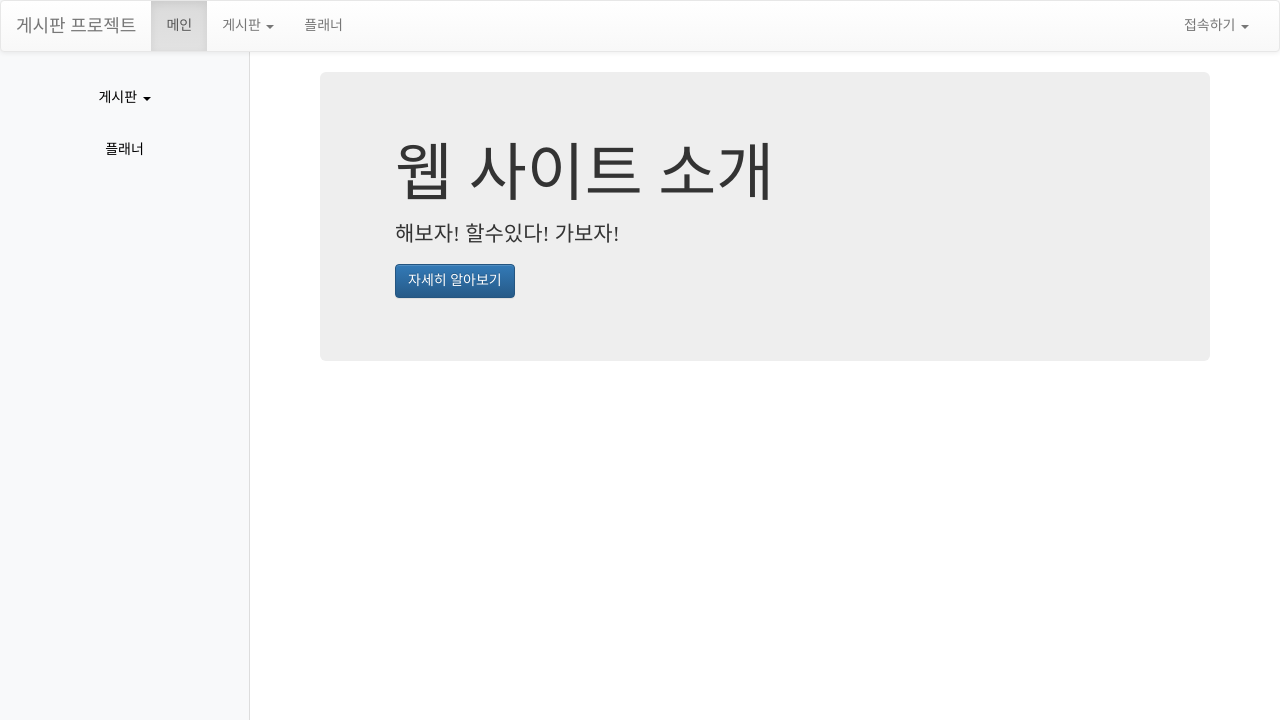
Repository: Seok7975/Project_PlannerSharingBoard
Page: http://localhost/ToDoList공유_게시판_ver3/main.jsp
These files come from the project's save history. The page is drawn as it stood at one moment and after the next save; the edit follows.
The browser window is 1280 px wide. The pictures show the whole page.
Some web fonts or font styles are not loaded; a fallback is used. Some web libraries are served in a nearby version. The page is served by Tomcat 9.

Above is the page before, as saved 2024-07-05 01:27:37.

After the next save:
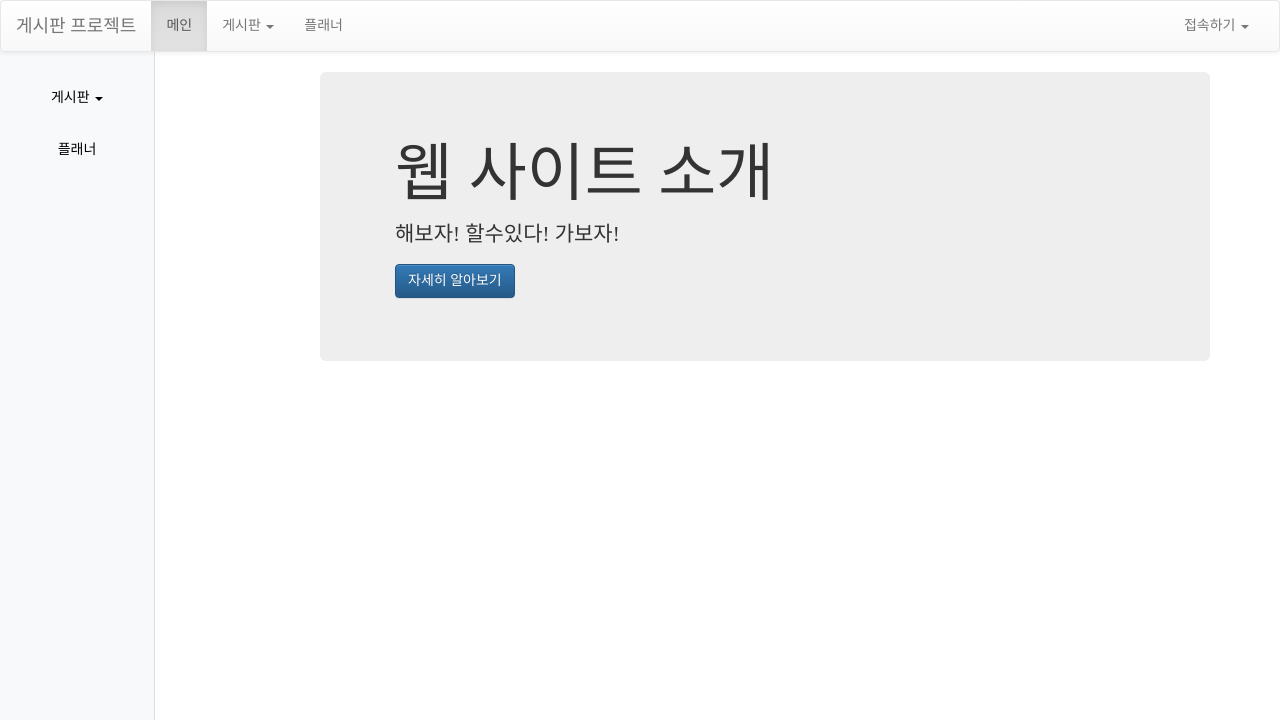
Saved 2 min 19 s later.
--- a/List_Projects_ver3/ToDoList공유 게시판_ver3/src/main/webapp/main.jsp
+++ b/List_Projects_ver3/ToDoList공유 게시판_ver3/src/main/webapp/main.jsp
@@ -126,7 +126,8 @@
 /* 기본 사이드바 스타일 */
 .sidebar {
     display: block;
-    width: 250px;
+    top: 50px; /* 네비게이션 바 높이만큼 아래로 내림 */
+    width: 155px;
     position: fixed;
     top: 0;
     left: 0;
